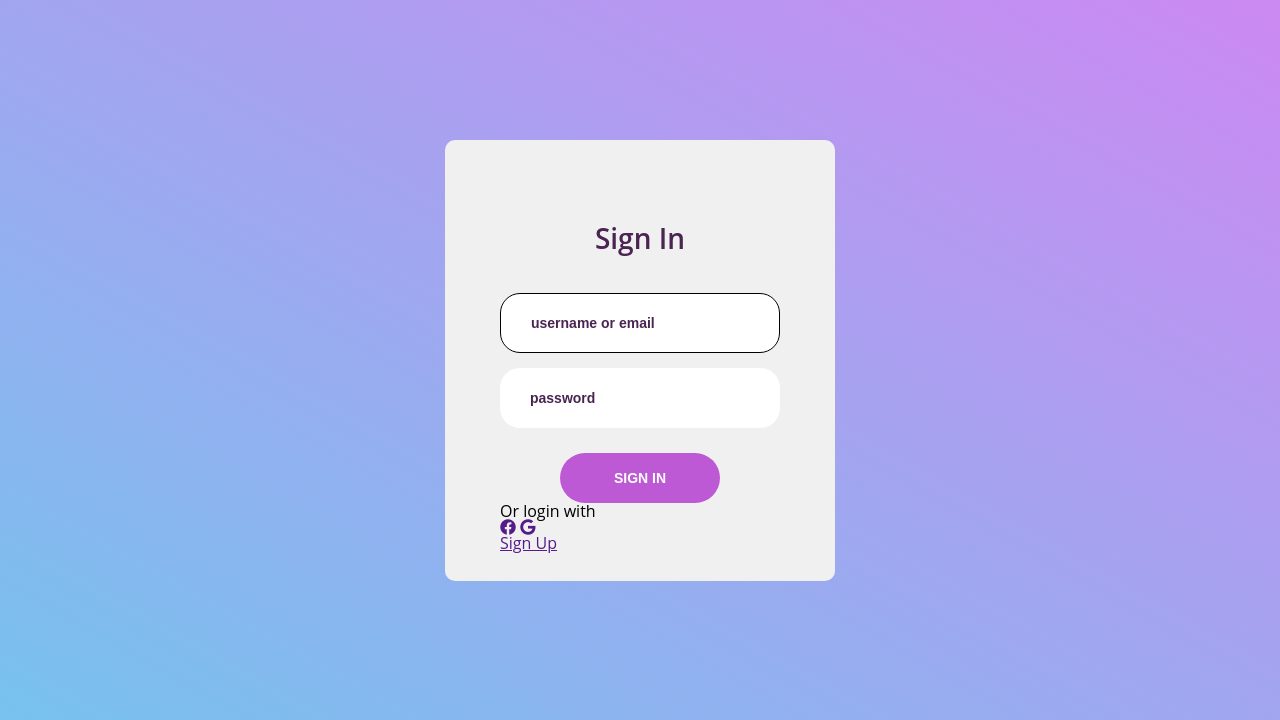
Repository: letrongtinh27/LapTrinhWeb
Page: signin/index.html
The author's editor kept a copy of each file at every save. The page is drawn from the files as they stood at one save, then again after the next save.
The browser window is 1280 px wide. The pictures show the whole page.
The first visible `.form-item > .item` has the focus.

Above is the page before, as saved 2022-10-09 21:13:58.

After the next save:
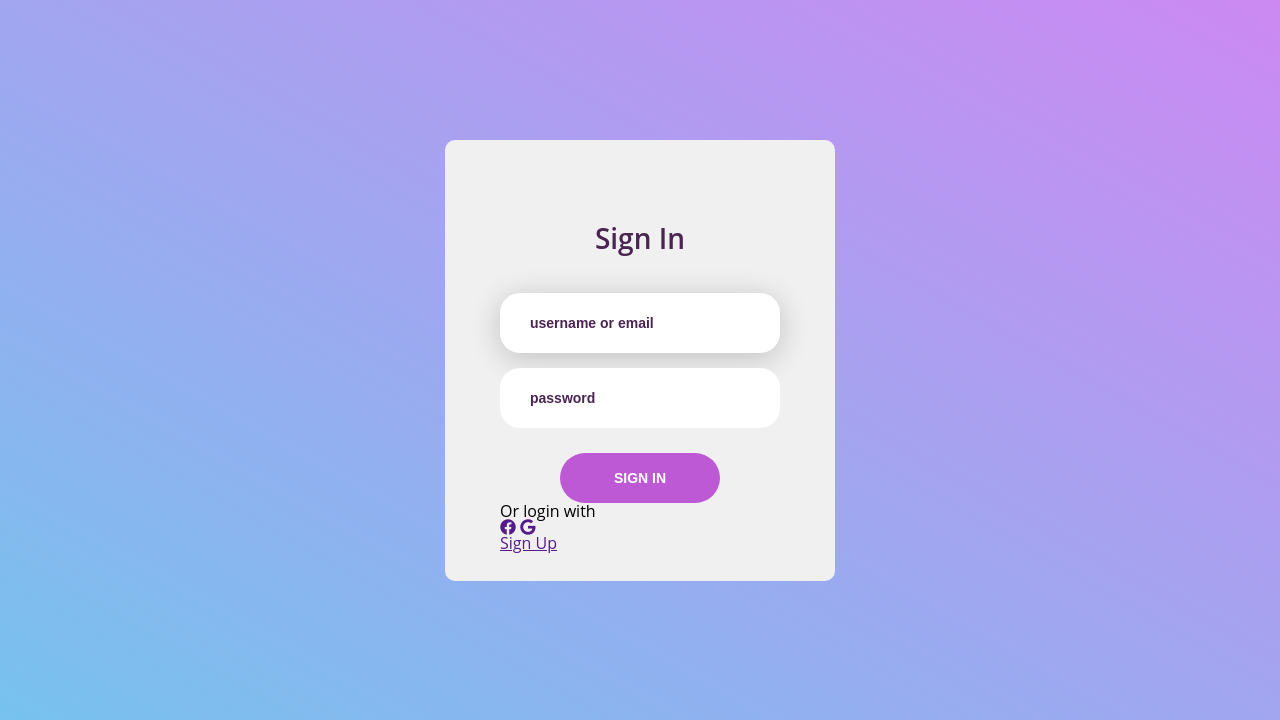
Saved 2 min 40 s later.
--- a/signin/style.css
+++ b/signin/style.css
@@ -64,7 +64,7 @@ form {
     outline: none;
 }
 .form-item > .item:focus {
-    border: 1px solid black;
+    box-shadow: 0px 5px 30px 0 rgba(0, 0, 0, 0.2);
 }
 .btn-signin{
 display: block;
